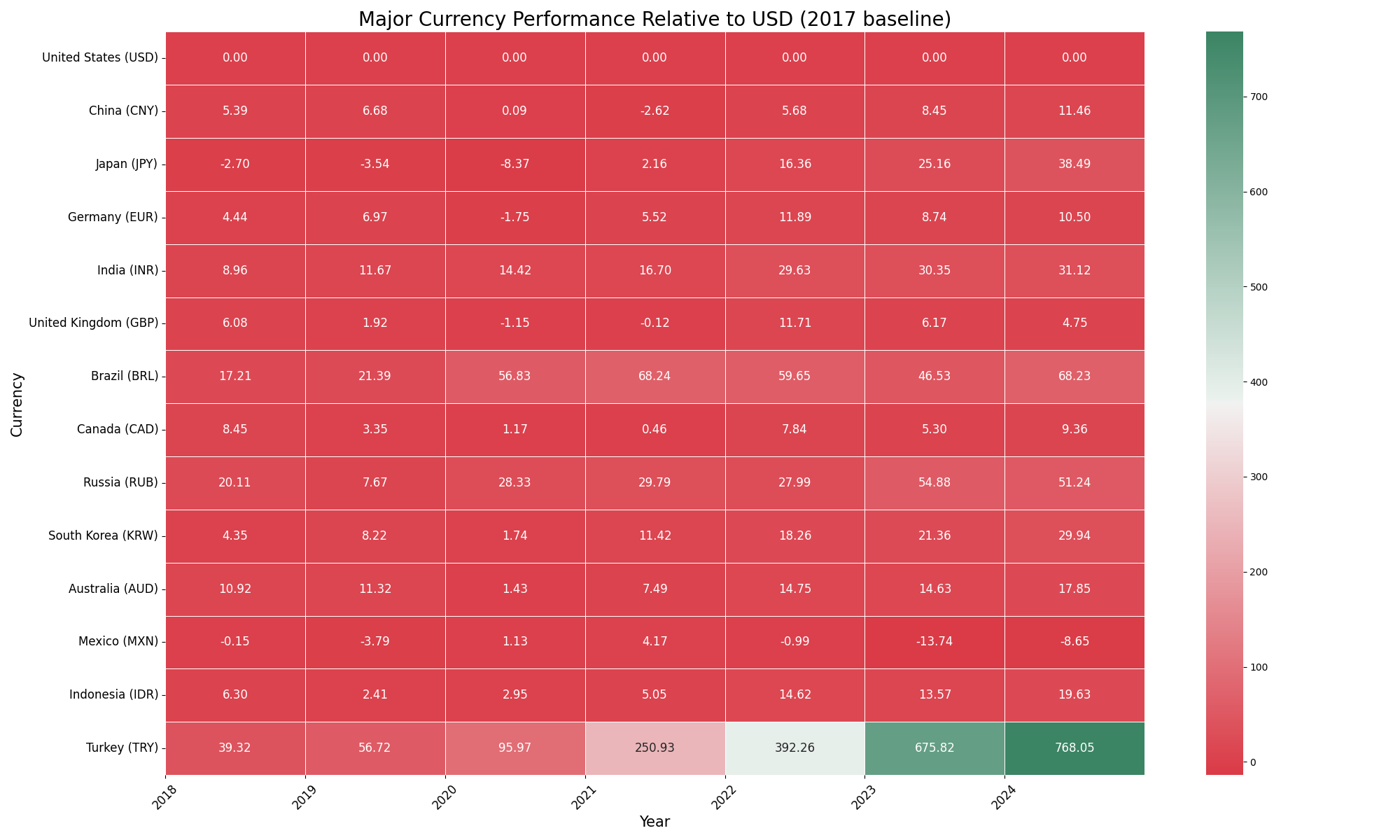
Repository: Lukeshirley/Global_Currencies_vs_USD
Script's output: python visualize_data.py
The author's editor kept a copy of each file at every save. The script's output is drawn from the files as they stood at one save, then again after the next save.
Figures wider than 1,400 px are first shrunk to that width. Random numbers start from a fixed seed.

Above is the script's output before, as saved 2024-07-23 07:44:34.

After the next save:
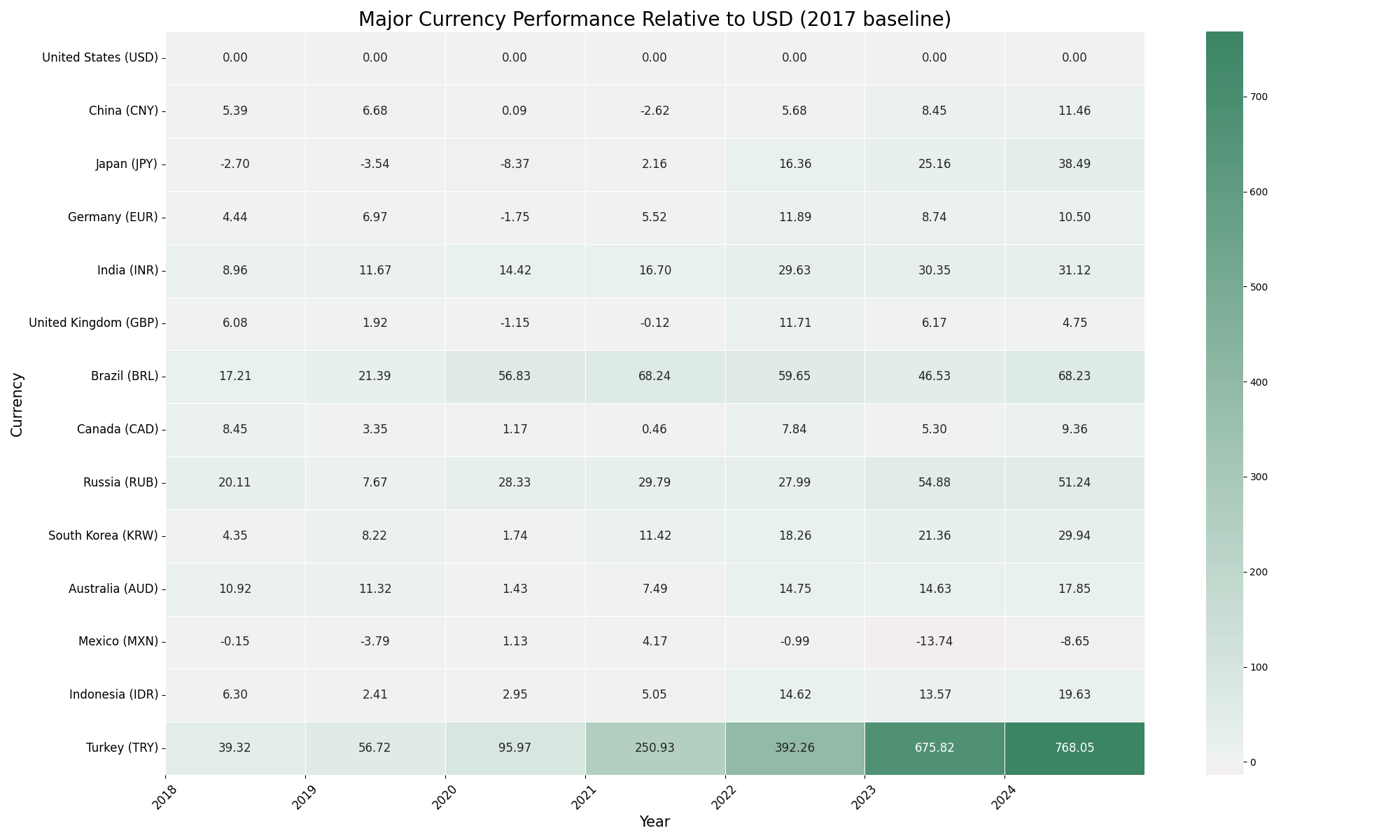
Saved 101 s later.
--- a/visualize_data.py
+++ b/visualize_data.py
@@ -60,7 +60,7 @@ def visualize_performance():
 
     plt.figure(figsize=(20, 12))
     cmap = sns.diverging_palette(10, 150, as_cmap=True)  # Green and Red
-    sns.heatmap(df_filtered, annot=True, cmap=cmap, fmt=".2f", linewidths=.5, cbar=True, annot_kws={"size": 12})
+    sns.heatmap(df_filtered, annot=True, cmap=cmap, fmt=".2f", linewidths=.5, cbar=True, annot_kws={"size": 12}, center=0)
     plt.title('Major Currency Performance Relative to USD (2017 baseline)', fontsize=20)
     plt.xlabel('Year', fontsize=15)
     plt.ylabel('Currency', fontsize=15)
